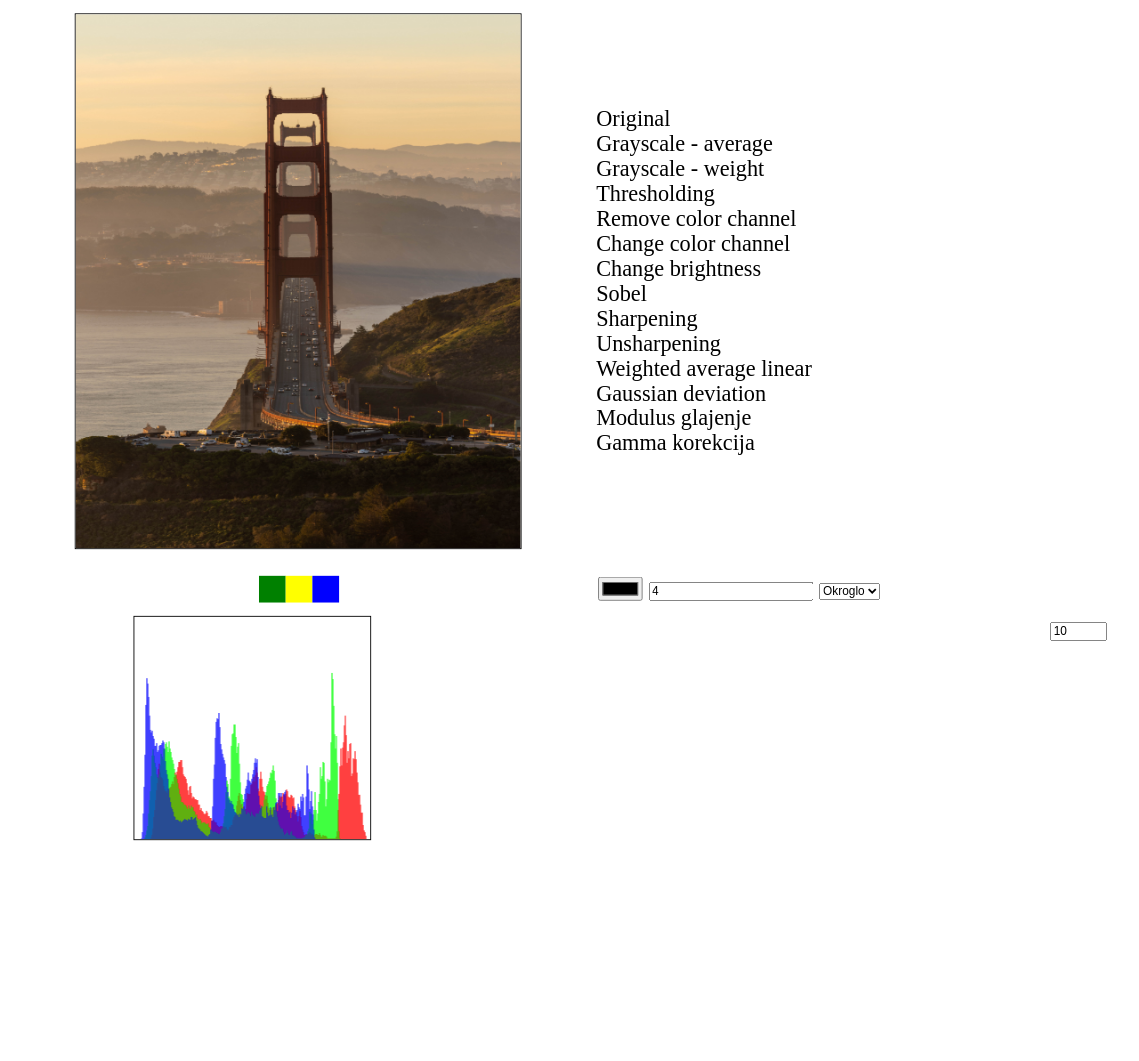
Repository: fussionko/web_photoshop
Page: index.html
An editor plug-in stored every save of this project. The page is shown before and after the next save, followed by the edit.
The browser window is 1280 px wide. The pictures show the whole page, at 89% of full size.

Above is the page before, as saved 2022-04-28 13:20:11.

### index.html
<!doctype html>
<html lang="en">
    <head>
        <meta charset="utf-8">
        <meta name="viewport" content="width=device-width, initial-scale=1">

        <title>Slike</title>
        <link rel="stylesheet" href="style.css">
    </head>
    <body>
        <div id="container-main">
            <canvas id="main_canvas"></canvas>
            <div id="container-buttons"></div>
            <div id="container-controls"></div>
        </div>
        <div id="container-assist">
            <div id="container-history"><div id="history-back"></div><div id="history-fow"></div><div id="history-reset"></div></div>
            <div id="container-color">
                <input type="color" id="color" value="#000000">
                <input type="number" id="brush-size" step="1" value="4">
                <select id="cap-type">
                    <option value="butt">Butt</option>
                    <option value="round" selected>Okroglo</option>
                    <option value="square">Kvadrat</option>
                </select>
            </div>
        </div>
        <div id="container-histogram">
            <canvas id="main-graph"></canvas>
            <div id="container-graph-data">
                <input type="number" id="basket-num" step="1" max="255" min="1" value="10">
            </div>
        </div>
        <script src="filters.js"></script>
        <script src="draw.js"></script>
        <script src="history.js"></script>
        <script src="graph.js"></script>
        <script src="main.js"></script>
    </body>
</html>

### style.css
html {
    margin: 0;
    width: 100%;
    height: 100%;

    background-color: white !important;
}
body {
    margin: 0;

    display: grid;
    align-items: center;

    font-size: 25px;
    background-color: white !important;
    width: 100%;
    height: 100%;

}

#container-main, #container-assist, #container-historgram {
    margin: 15px 0;
}

#container-main {
    width: 100%;
    display: grid;
    grid-template-columns: auto auto 200px;
    align-items: center;
    justify-content: space-evenly;

}
canvas {

    border: 1px solid black;
}

.button-function {
    border: 1px solid black;
    padding: 5px;
    margin: 5px;;
}

#container-assist {
    display: grid;
    grid-template-columns: auto auto ;
    justify-content: space-evenly;
}

#container-history {
    display: flex;

}

#history-back, #history-fow, #history-reset {
    width: 30px;
    height: 30px;
}

#history-fow {
    background-color: yellow;
}

#history-back {
    background-color: green;
}

#history-reset {
    background-color: blue;
}

#container-histogram {
    display: grid;
    grid-template-columns: 1fr 100px;
    margin-left: 150px;
    margin-bottom: 100px;
    height: 500px;
}

### draw.js
function loadDraw()
{
    document.addEventListener('mousemove', draw);
    document.addEventListener('mousedown', function(e){
        setPosition(e);
        draw(e);
    });
    document.addEventListener('mouseenter', setPosition);
    document.addEventListener('mouseup', function(e){
        if(e.clientX > canvas_x_position + canvas_width || e.clientX < canvas_x_position) return;
        if(e.clientY > canvas_y_position + canvas_height || e.clientY < canvas_y_position) return;
        loadImage(getPixelData());
    });

    document.getElementById("color").addEventListener("change", function(){
        draw_color = this.value;
        console.log(draw_color);
    });

    document.getElementById("brush-size").addEventListener("change", function(){
        brush_size = parseInt(this.value);
        console.log(brush_size);
    });

    document.getElementById("cap-type").addEventListener("change", function(){
        cap_type = this.value;
        console.log(cap_type);
    });
}

let pos = {x:0, y:0}

function setPosition(e)
{
    pos.x = e.clientX - canvas_x_position;
    pos.y = e.clientY - canvas_y_position;
}

let draw_color = "#000000";
let brush_size = 4;
let cap_type = "round";
function draw(e)
{
    if (e.buttons !== 1) return;

    main_ctx.beginPath(); // begin

    main_ctx.lineWidth = brush_size;
    main_ctx.lineCap = cap_type;
    main_ctx.strokeStyle = draw_color;

    main_ctx.moveTo(pos.x, pos.y); // from
    setPosition(e);
    main_ctx.lineTo(pos.x, pos.y); // to

    main_ctx.stroke(); // draw it!


}

function delete_draw(e)
{
    if (e.buttons !== 1) return;

    main_ctx.beginPath(); // begin

    main_ctx.lineWidth = brush_size;
    main_ctx.lineCap = 'round';
    main_ctx.strokeStyle = draw_color;

    main_ctx.moveTo(pos.x, pos.y); // from
    setPosition(e);
    main_ctx.lineTo(pos.x, pos.y); // to

    main_ctx.stroke(); // draw it!
}

### history.js
function loadHistory()
{
    document.getElementById("history-back").addEventListener("click", function(){
        if(moveBackwardHistory() == -1) return;
        loadImageHistory();
    })

    document.getElementById("history-fow").addEventListener("click", function(){
        if(moveFowardHistory() == -1) return;
        loadImageHistory();
    })

    document.getElementById("history-reset").addEventListener("click", function(){
        let draw_image = new ImageData(canvas_width, canvas_height);
        draw_image.data.set(original_img_data);
        history = [draw_image.data];
        currentHistoryIndex = 1;
        current_filter_data["filter"] = "original";
        current_filter_data["index"] = 1;
        current_filter_data["data"] = draw_image.data;
        loadImageHistory();
    })
}

let history = [];
let currentHistoryIndex = 0;
function addToHistory(img_data)
{
    if(checkSame(img_data, history[history.length-1]) == 1) return;
    if(currentHistoryIndex != history.length)
        removeHistoryToIndex();

    history.push(img_data);
    currentHistoryIndex++;
}

function removeHistoryToIndex()
{
    history.splice(currentHistoryIndex, history.length-currentHistoryIndex)
}

function moveFowardHistory()
{
    if(currentHistoryIndex+1 > history.length) return -1;
    currentHistoryIndex++;
    return 1;
}

function moveBackwardHistory()
{
    if(currentHistoryIndex-1 <= 0) return -1;
    currentHistoryIndex--;
    return 1;
}

function getCurrentHistory()
{
    return history[currentHistoryIndex];
}

### graph.js

const graph_width = 265;
const graph_height = 250;

let main_graph;
let graph_ctx;

let normalization_value = 30;
let graph_offset = 5;


function initGraph()
{

    main_graph = document.getElementById("main-graph");
    graph_ctx = main_graph.getContext('2d');
    main_graph.width = graph_width;
    main_graph.height = graph_height;

    document.getElementById("basket-num").addEventListener("change", function(){
        basket_num = parseInt(this.value);
    });

    create_graph()
}

let basket_num = 10;
let basket_size = Math.round(255/basket_num);
const graph_template = {
    "r":{},
    "g":{},
    "b":{}
}
let graph = JSON.parse(JSON.stringify(graph_template));

function create_graph()
{
    // graph = JSON.parse(JSON.stringify(graph_template));
    // for(let i = 1; i <= basket_num; i++)
    // {
    //     graph["r"][basket_size*i] = 0;
    //     graph["g"][basket_size*i] = 0;
    //     graph["b"][basket_size*i] = 0;
    // }
    graph = JSON.parse(JSON.stringify(graph_template));
    for(let i = 0; i <= 255; i++)
    {
        graph["r"][i] = 0;
        graph["g"][i] = 0;
        graph["b"][i] = 0;
    }
}

function count_Pixel(img_data)
{
    let ranges = Object.keys(graph["r"]);
    console.log(ranges);
    // for(let i = 0; i < img_data.length; i+=4)
    // {
    //     for(const key in ranges)
    //         if(img_data[i] < parseInt(ranges[key]))
    //         {
    //             graph["r"][ranges[key]]++;
    //             break;
    //         }
    //     for(const key in ranges)
    //         if(img_data[i+1] < parseInt(ranges[key]))
    //         {
    //             graph["g"][ranges[key]]++;
    //             break;
    //         }
    //     for(const key in ranges)
    //         if(img_data[i+2] < parseInt(ranges[key]))
    //         {
    //             graph["b"][ranges[key]]++;
    //             break;
    //         }
    // }
    console.log(graph);
    for(let i = 0; i < img_data.length; i+=4)
    {

        graph["r"][ranges[img_data[i]]]++;
        graph["g"][ranges[img_data[i+1]]]++;
        graph["b"][ranges[img_data[i+2]]]++;
    }


    normalizeGraph();
    console.log(graph);
    draw_graph();
}

function normalizeGraph()
{
    console.log(normalization_value);
    for(const c in graph)
        for(const range in graph[c])
            graph[c][range] = Math.round(graph[c][range]/normalization_value);
}

function draw_graph()
{
    graph_ctx.lineWidth = 1;
    for(let range in graph["r"])
    {
        range = parseInt(range);
        console.log(range+graph_offset);
        graph_ctx.beginPath();
        graph_ctx.moveTo(graph_offset+range, graph_height);
        graph_ctx.strokeStyle = "#FF0000";
        graph_ctx.lineTo(graph_offset+range, graph_height-graph["r"][range]);
        graph_ctx.stroke();
        graph_ctx.closePath();

        graph_ctx.beginPath();
        graph_ctx.moveTo(graph_offset+range, graph_height);
        graph_ctx.strokeStyle = "#00FF00";
        graph_ctx.lineTo(graph_offset+range, graph_height-graph["g"][range]);
        graph_ctx.stroke();
        graph_ctx.closePath();

        graph_ctx.beginPath();
        graph_ctx.moveTo(graph_offset+range, graph_height);
        graph_ctx.strokeStyle = "#0000FF";
        graph_ctx.lineTo(graph_offset+range, graph_height-graph["b"][range]);
        graph_ctx.stroke();
        graph_ctx.closePath();
    }


}

Loaded but not shown: main.js (433 lines, source omitted); filters.js (443 lines, source omitted)

After the next save:
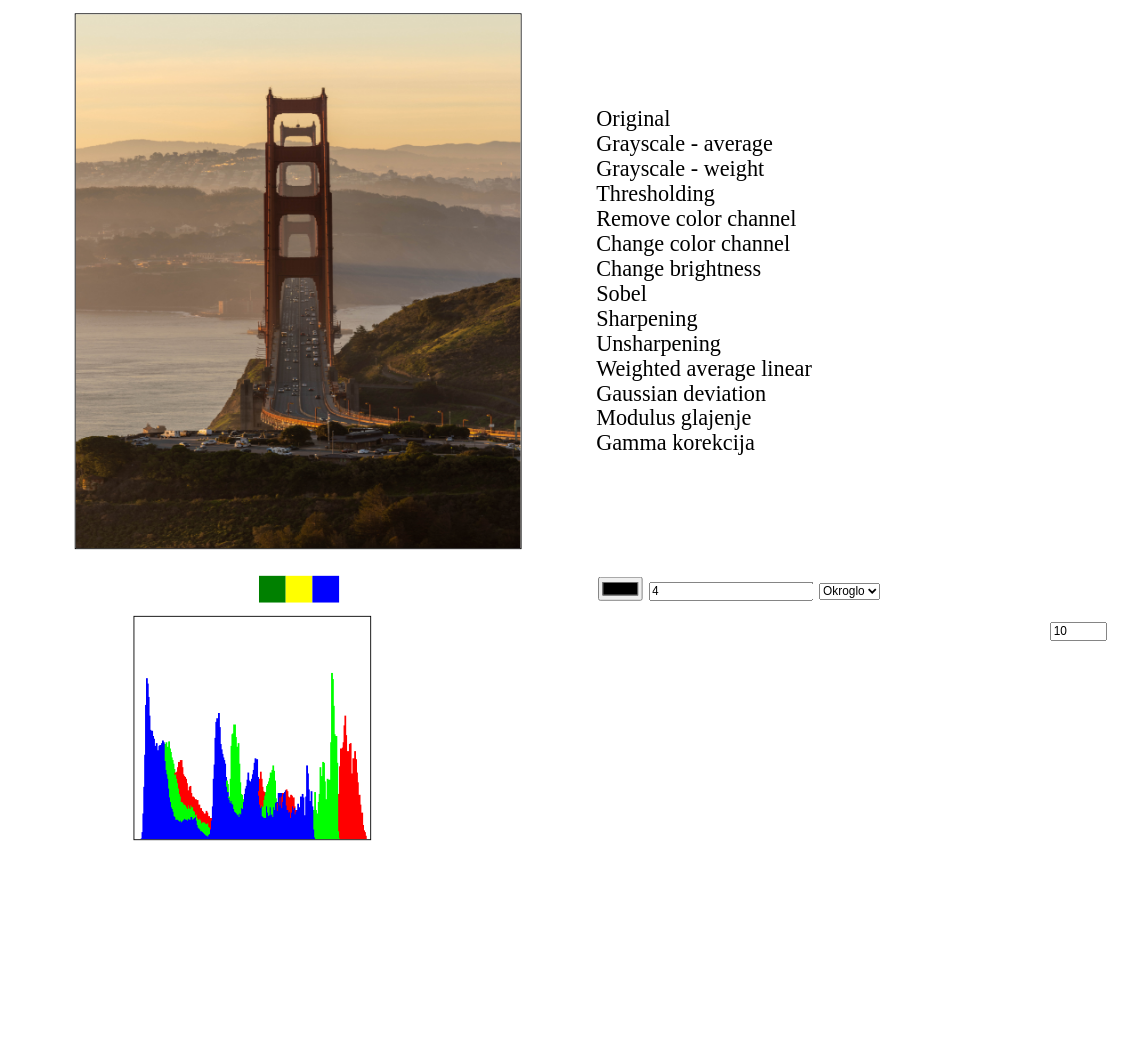
Saved 14 s later.
--- a/graph.js
+++ b/graph.js
@@ -101,7 +101,7 @@
 
 function draw_graph()
 {
-    graph_ctx.lineWidth = 1;
+    graph_ctx.lineWidth = 2;
     for(let range in graph["r"])
     {
         range = parseInt(range);

After the save that followed:
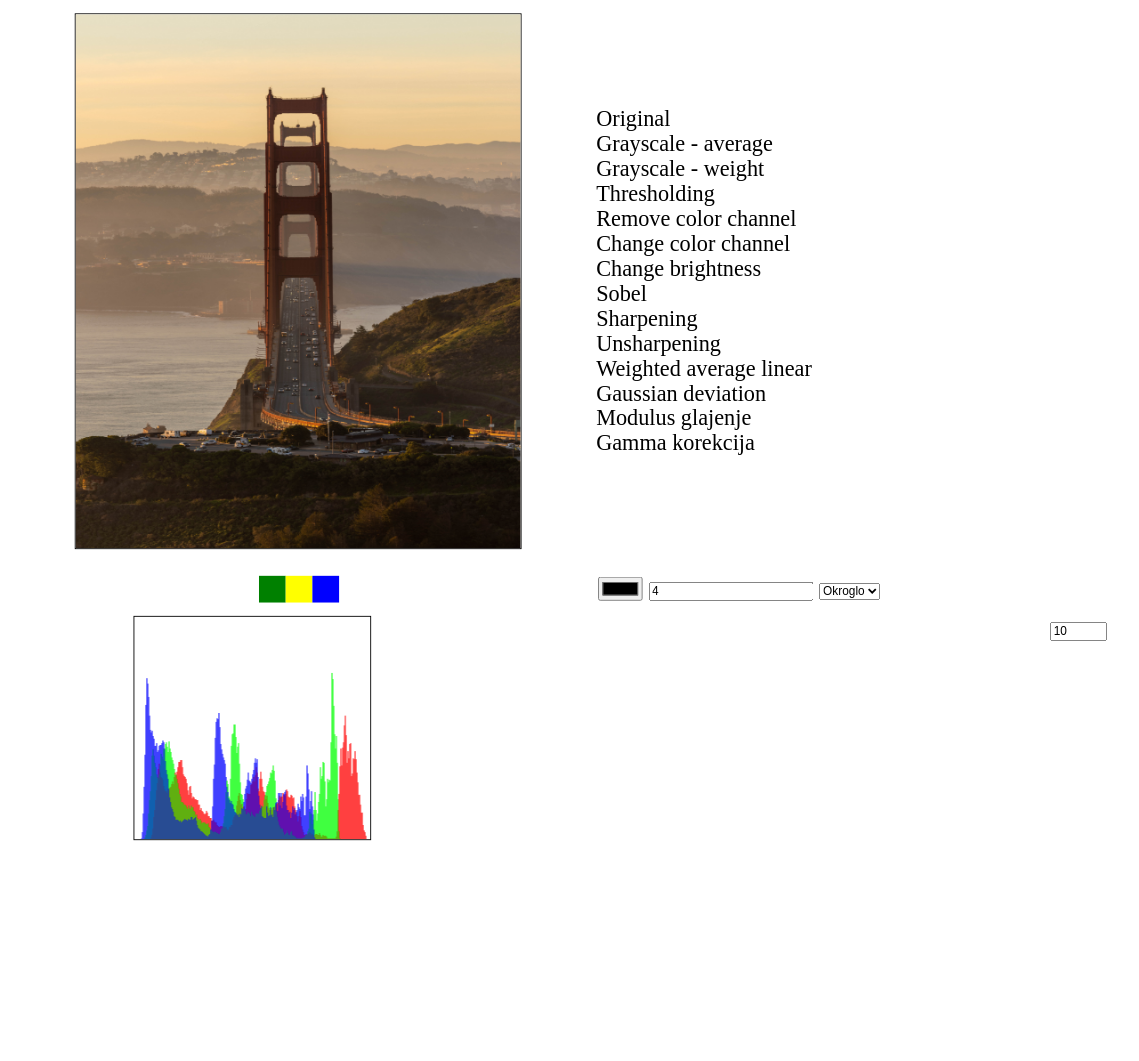
Saved 9 s later.
--- a/graph.js
+++ b/graph.js
@@ -101,7 +101,7 @@
 
 function draw_graph()
 {
-    graph_ctx.lineWidth = 2;
+    graph_ctx.lineWidth = 1;
     for(let range in graph["r"])
     {
         range = parseInt(range);
